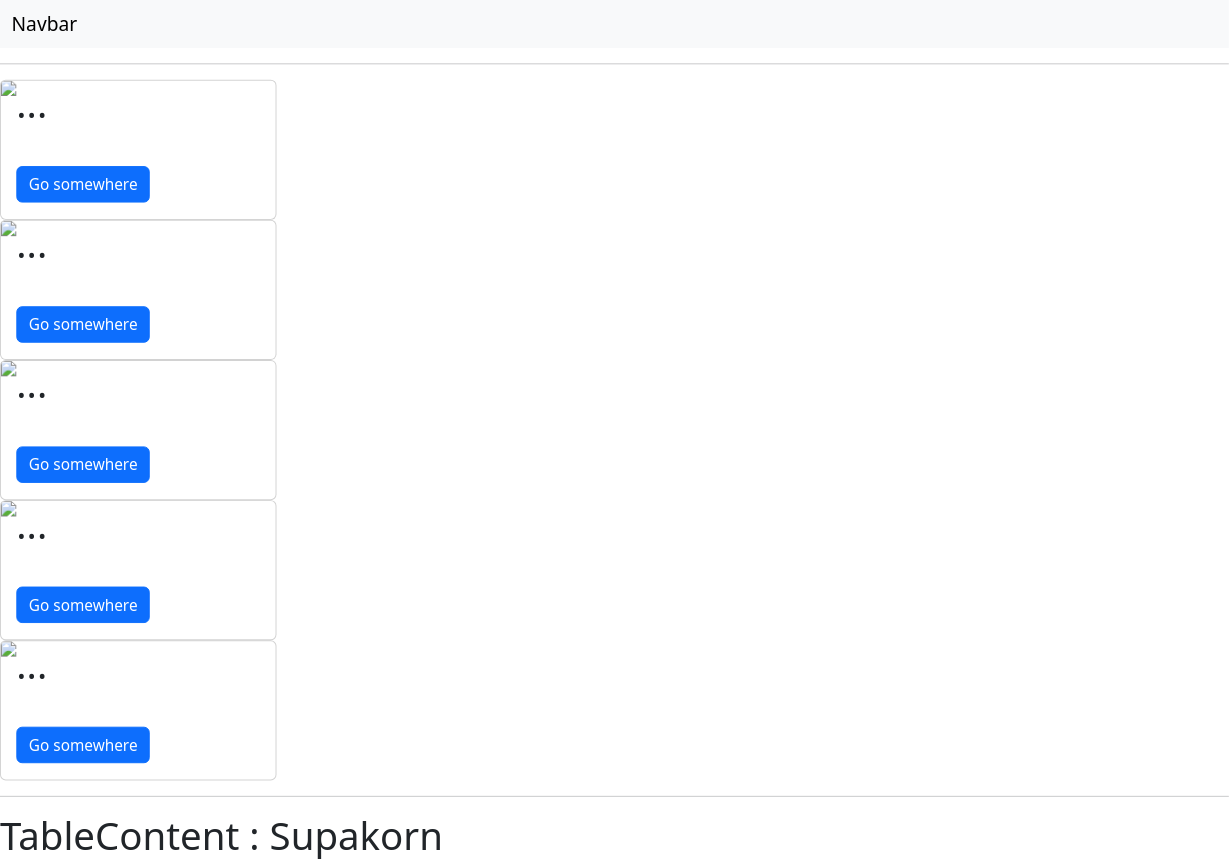
Repository: supakorn5039-boon/React-s
Page: /
These files come from the project's save history. The page is drawn as it stood at one moment and after a run of saves; the edit follows.
The browser window is 1280 px wide. The pictures show the whole page, at 96% of full size.
The project was rebuilt for these pictures with package versions that can differ from the ones it lists, and the page was loaded fresh each time. Also part of the build but not shown: vite.config.js, src/inedx.css.

Above is the page before, as saved 2024-01-09 09:34:01.

### src/main.jsx
import React from "react";
import ReactDOM from "react-dom/client";
import App from "./App.jsx";
import "./inedx.css";
import "bootstrap/dist/css/bootstrap.css";

ReactDOM.createRoot(document.getElementById("root")).render(
  <React.StrictMode>
    <App />
  </React.StrictMode>
);

### src/App.jsx
import { useState } from "react";
import Navbar from "./components/Navbar";
import TableContent from "./components/TableContent";
import Card from "./components/Card";

export default function App() {
  const [data, setData] = useState("Supakorn");

  const [obj, setObj] = useState([
    {
      title: "MERN STACK",
      url: "https://res.cloudinary.com/jerrick/image/upload/v1686746377/6489b5098c7613001d75ed10.png",
      content: "NEBULA",
    },
    {
      title: "MERN STACK1",
      url: "https://res.cloudinary.com/jerrick/image/upload/v1686746377/6489b5098c7613001d75ed10.png",
      content: "NEBULA",
    },
    {
      title: "MERN STACK2",
      url: "https://res.cloudinary.com/jerrick/image/upload/v1686746377/6489b5098c7613001d75ed10.png",
      content: "NEBULA",
    },
    {
      title: "MERN STACK3",
      url: "https://res.cloudinary.com/jerrick/image/upload/v1686746377/6489b5098c7613001d75ed10.png",
      content: "NEBULA",
    },
  ]);

  var name = "Boon";

  const handleShow = () => {
    console.log("Click");
  };

  return (
    <h1>
      <Navbar text={name} handleShow={handleShow} setData={setData} />
      <hr />

      {obj.map((c) => {
        return <Card />;
      })}

      <Card />
      <hr />
      <TableContent data={data} />
    </h1>
  );
}

### src/components/Navbar.jsx
import { useState } from "react";

/* eslint-disable react/prop-types */
export default function Navbar() {
  const [show, setShow] = useState(false);

  const [s, setS] = useState([
    { name: "boon", detail: "msi" },
    { name: "Supakorn", detail: "coding" },
  ]);
  const handleClick = () => {
    setS(s + 1);
    setShow(true);
    if (show === true) {
      alert("555+");
    }
  };

  return (
    <>
      <nav className="navbar bg-body-tertiary">
        <div className="container-fluid">
          <a className="navbar-brand" href="#">
            Navbar
          </a>
        </div>
      </nav>
    </>
  );
}

### src/components/TableContent.jsx
export default function TableContent({ data }) {
  return (
  <div>TableContent : {data}</div>
  )
}

### src/components/Card.jsx
export default function Card({ url, title, content }) {
  return (
    <div className="card" style={{ width: "18rem" }}>
      <img src={url} className="card-img-top" alt="..." />
      <div className="card-body">
        <h5 className="card-title">{title}</h5>
        <p className="card-text">{content}</p>
        <a href="#" className="btn btn-primary">
          Go somewhere
        </a>
      </div>
    </div>
  );
}

Loaded but not shown: index.html (common file)

After the next 3 saves:
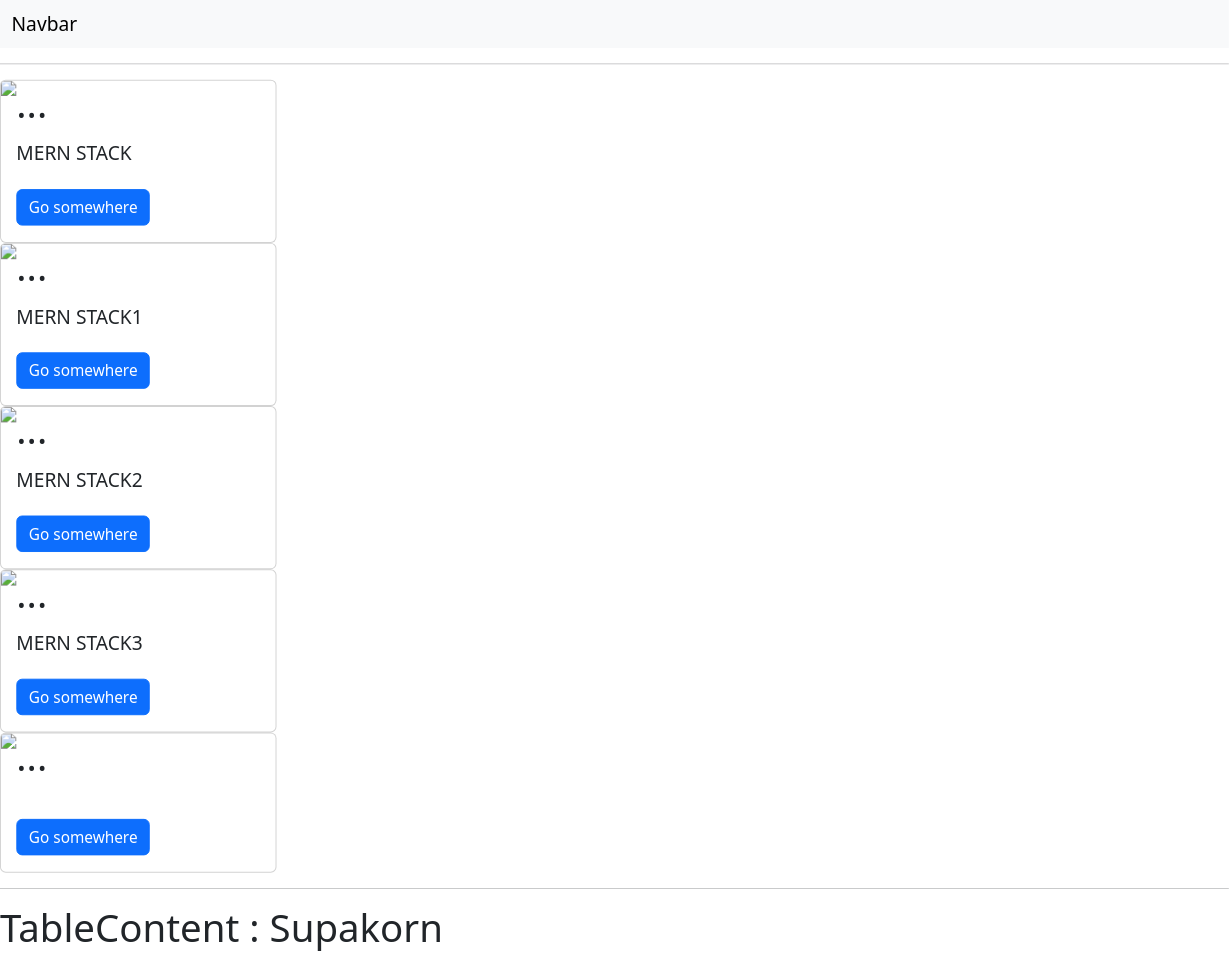
The 3 saves are shown as one change because 1 did not build or start and some came seconds apart.
The last was saved 19 s later.
--- a/src/App.jsx
+++ b/src/App.jsx
@@ -41,7 +41,7 @@ export default function App() {
       <hr />
 
       {obj.map((c) => {
-        return <Card />;
+        return <Card title={c.title} />;
       })}
 
       <Card />
